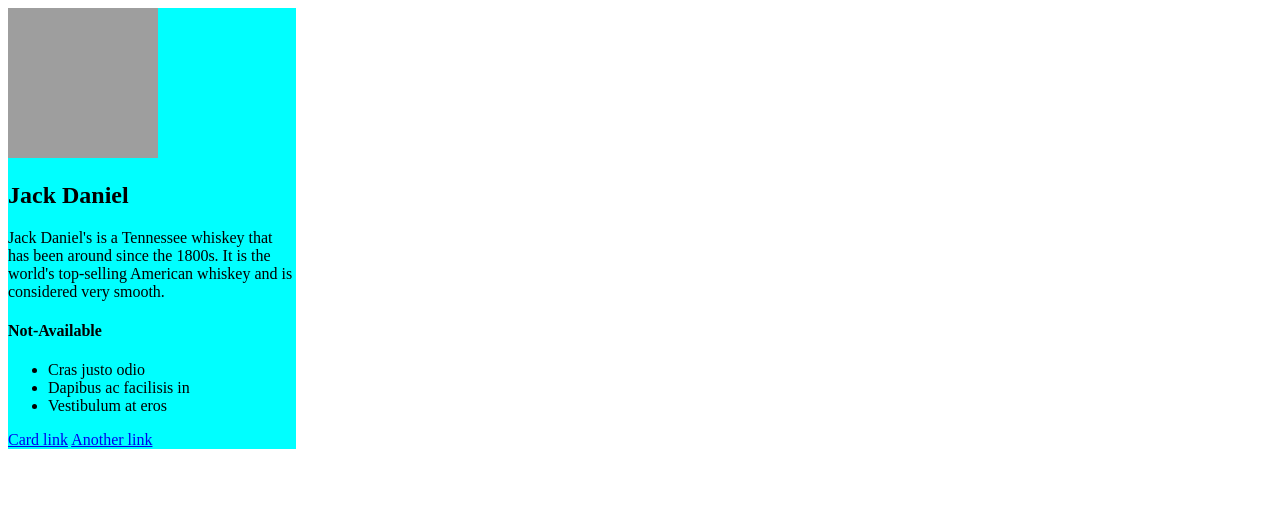
Repository: ZamlZam/REPO-11
Page: product-cards/index.html
An editor plug-in stored every save of this project. The page is shown before and after the next save, followed by the edit.
The browser window is 1280 px wide. The pictures show the whole page.
Pictures or frames that could not be fetched are drawn as grey boxes.

Above is the page before, as saved 2023-04-12 20:40:45.

### product-cards/index.html
<!DOCTYPE html>
<html lang="en">
<head>
  <meta charset="UTF-8">
  <meta http-equiv="X-UA-Compatible" content="IE=edge">
  <meta name="viewport" content="width=device-width, initial-scale=1.0">
  <title>Document</title>
  <link rel="stylesheet" href="main.css">
</head>
<body>
  <div class="card1" style="width: 18rem;">
    <img src="https://www.finewinedelivery.co.nz/content/products/original/16561.jpg?width=1136" height = "150px" width="150px" alt="">
    <div class="card-body">
      <h2 class="Jack Daniel">Jack Daniel</h2>
      <p class="card-text">Jack Daniel's is a Tennessee whiskey that has been around since the 1800s. It is the world's top-selling American whiskey and is considered very smooth.</p>
    </div>
    <table>
    <h4 class="Available">Not-Available</h4>
    <ul class="list-group list-group-flush">
      <li class="list-group-item">Cras justo odio</li>
      <li class="list-group-item">Dapibus ac facilisis in</li>
      <li class="list-group-item">Vestibulum at eros</li>
    </ul>
    </table>
    <div class="card-body">
      <a href="#" class="card-link">Card link</a>
      <a href="#" class="card-link">Another link</a>
    </div>
  </div>
</body>
</html>

### product-cards/main.css
.card1 {
  border: black;
  background-color: aqua;
}

After the next save:
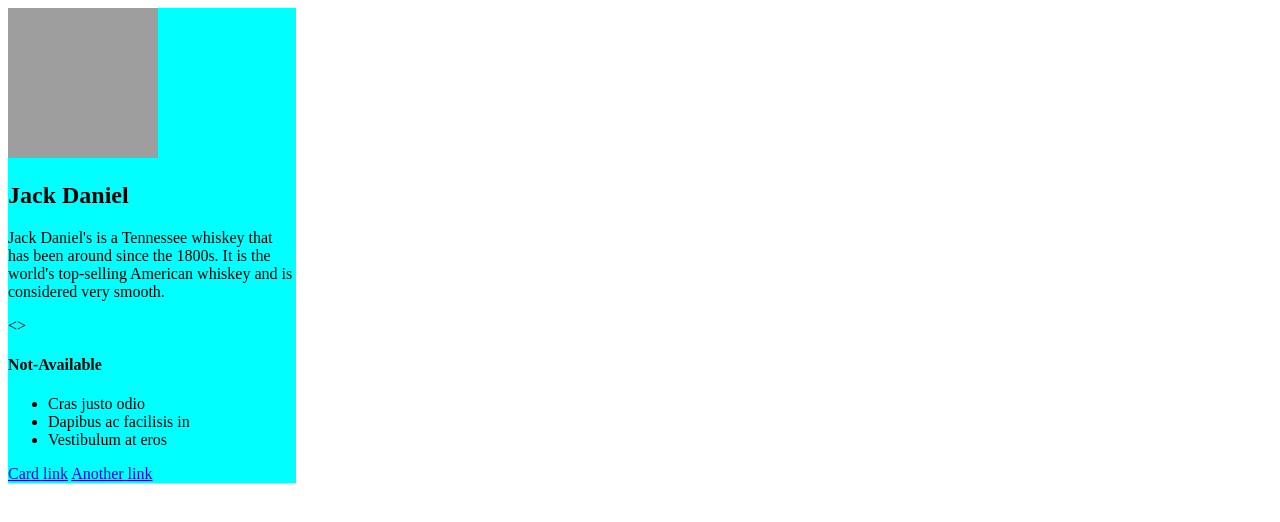
Saved 32 s later.
--- a/product-cards/index.html
+++ b/product-cards/index.html
@@ -14,14 +14,14 @@
       <h2 class="Jack Daniel">Jack Daniel</h2>
       <p class="card-text">Jack Daniel's is a Tennessee whiskey that has been around since the 1800s. It is the world's top-selling American whiskey and is considered very smooth.</p>
     </div>
-    <table>
+    <>
     <h4 class="Available">Not-Available</h4>
     <ul class="list-group list-group-flush">
       <li class="list-group-item">Cras justo odio</li>
       <li class="list-group-item">Dapibus ac facilisis in</li>
       <li class="list-group-item">Vestibulum at eros</li>
     </ul>
-    </table>
+
     <div class="card-body">
       <a href="#" class="card-link">Card link</a>
       <a href="#" class="card-link">Another link</a>

After the save that followed:
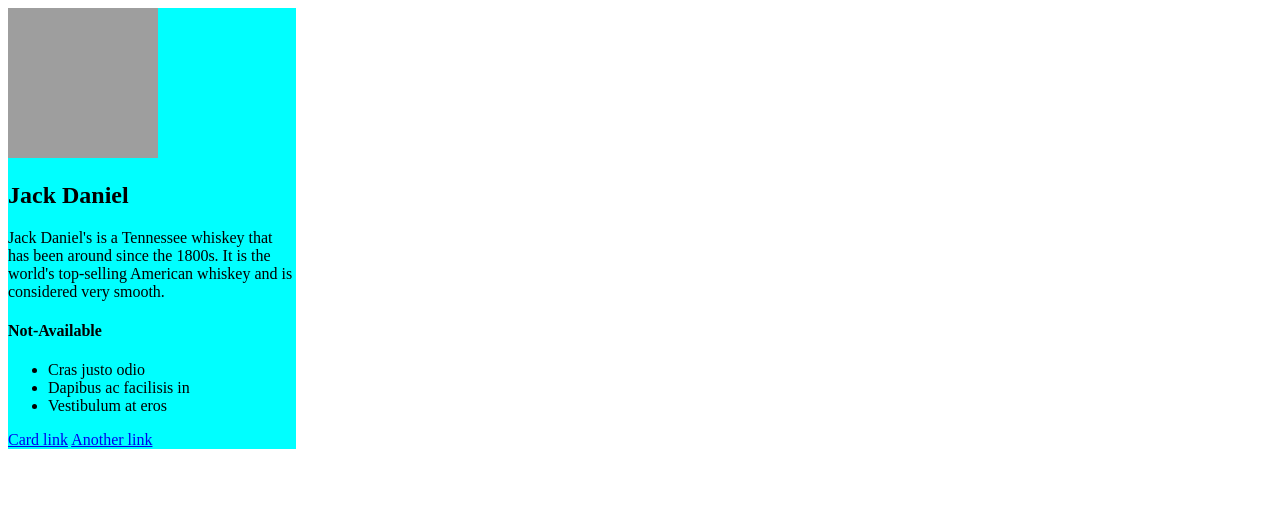
Saved 7 s later.
--- a/product-cards/index.html
+++ b/product-cards/index.html
@@ -14,7 +14,7 @@
       <h2 class="Jack Daniel">Jack Daniel</h2>
       <p class="card-text">Jack Daniel's is a Tennessee whiskey that has been around since the 1800s. It is the world's top-selling American whiskey and is considered very smooth.</p>
     </div>
-    <>
+
     <h4 class="Available">Not-Available</h4>
     <ul class="list-group list-group-flush">
       <li class="list-group-item">Cras justo odio</li>
